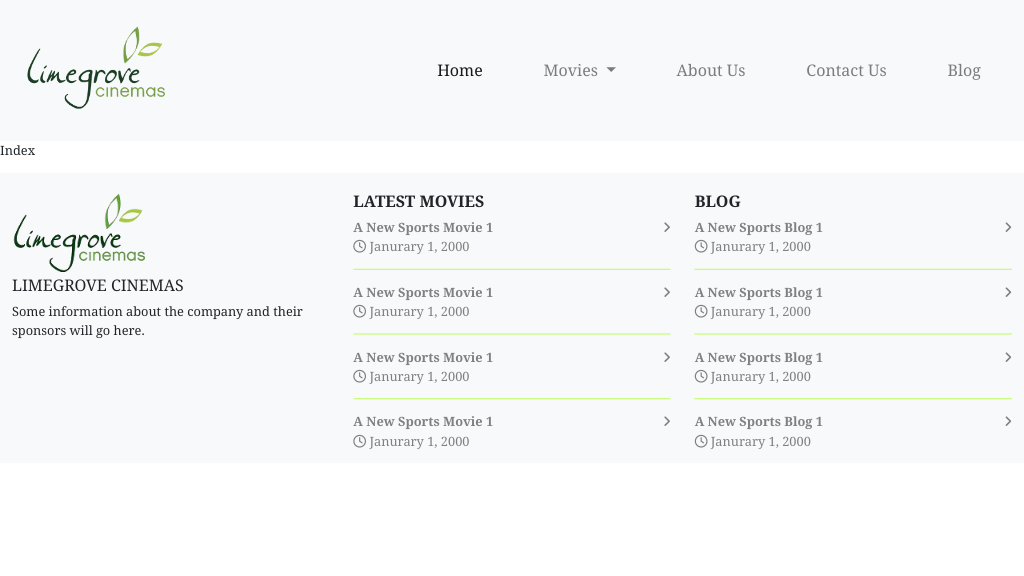
Repository: SimplyZacc/movie-web-template
Page: http://localhost/
These files come from the project's save history. The page is drawn as it stood at one moment and after the next save; the edit follows.
The browser window is 1280 px wide. The pictures show the whole page, at 80% of full size.
Some web libraries are served in a nearby version. The page is run by PHP 8.4 with error messages shown; the project is at /var/www/html/.

Above is the page before, as saved 2020-04-02 08:44:01.

### index.php
<?php
//set page vars
$title = "Index";
//include page header
include "templates/header.php";
?>

<p class="">Index</p>

<?php include "templates/footer.php"; ?>

### templates/header.php
<?php
session_start();
?>
<!DOCTYPE html>
<html lang="en">

<head>
    <meta charset="UTF-8">
    <meta name="viewport" content="width=device-width, initial-scale=1.0">

    <title>
        <?php
        $default_header = "Limegrove Cinemas";
        if (isset($title)) {
            echo "Limegrove Cinemas - " . $title;
        } else {
            echo $default_header;
        }
        ?>
    </title>

    <!-- CSS -->
    <link rel="stylesheet" href="https://stackpath.bootstrapcdn.com/bootstrap/4.4.1/css/bootstrap.min.css" integrity="sha384-Vkoo8x4CGsO3+Hhxv8T/Q5PaXtkKtu6ug5TOeNV6gBiFeWPGFN9MuhOf23Q9Ifjh" crossorigin="anonymous">
    <link rel="stylesheet" href="assets/css/styles.css">
    <link rel="stylesheet" href="movie-web-template/assets/css/styles.css">

    <!-- JavaScript -->
    <script src="https://code.jquery.com/jquery-3.4.1.slim.min.js" integrity="sha384-J6qa4849blE2+poT4WnyKhv5vZF5SrPo0iEjwBvKU7imGFAV0wwj1yYfoRSJoZ+n" crossorigin="anonymous"></script>
    <script src="https://cdn.jsdelivr.net/npm/popper.js@1.16.0/dist/umd/popper.min.js" integrity="sha384-Q6E9RHvbIyZFJoft+2mJbHaEWldlvI9IOYy5n3zV9zzTtmI3UksdQRVvoxMfooAo" crossorigin="anonymous"></script>
    <script src="https://stackpath.bootstrapcdn.com/bootstrap/4.4.1/js/bootstrap.min.js" integrity="sha384-wfSDF2E50Y2D1uUdj0O3uMBJnjuUD4Ih7YwaYd1iqfktj0Uod8GCExl3Og8ifwB6" crossorigin="anonymous"></script>
    <script src="https://kit.fontawesome.com/e9662c41f5.js" crossorigin="anonymous"></script>


</head>

<body>

    <nav class="navbar navbar-expand-lg navbar-light bg-light">
        <button class="navbar-toggler" type="button" data-toggle="collapse" data-target="#navbarSupportedContent" aria-controls="navbarSupportedContent" aria-expanded="false" aria-label="Toggle navigation">
            <i class="fas fa-bars"></i>
        </button>

        <div class="collapse navbar-collapse" id="navbarSupportedContent">
            <ul class="navbar-nav mr-auto">
                <a class="navbar-brand" href="index.php"><img src="assets/images/lgcgreenlogo.png" alt="Cinema Logo" style="width: auto;height: 150px"></a>

            </ul>

            <ul class="navbar-nav navbar-right">

                <li class="nav-item active p-r-10">
                    <a class="nav-link" href="index.php">Home <span class="sr-only">(current)</span></a>
                </li>
                <li class="nav-item dropdown p-r-10">
                    <a class="nav-link dropdown-toggle" href="movie.php" id="navbarDropdown" role="button" data-toggle="dropdown" aria-haspopup="true" aria-expanded="false">
                        Movies
                    </a>
                    <div class="dropdown-menu" aria-labelledby="navbarDropdown">
                        <a class="dropdown-item" href="movie.php">Popular</a>
                        <a class="dropdown-item disabled" href="#">Recently Added</a>
                        <a class="dropdown-item disabled" href="#">Soon Added</a>
                    </div>
                </li>

                <li class="nav-item ">
                    <a class="nav-link" href="aboutus.php">About Us</a>
                </li>

                <li class="nav-item p-r-10">
                    <a class="nav-link" href="contactus.php">Contact Us</a>
                </li>

                <li class="nav-item p-r-10">
                    <a class="nav-link" href="blog.php">Blog</a>
                </li>
            </ul>

        </div>
    </nav>

### templates/footer.php
<footer class="page-footer font-small pt-4 bg-light">

    <div class="container-fluid text-center text-md-left">

        <div class="row">

            <div class="col-md-4 mt-md-0 mt-3">

                <img src="assets/images/lg-nbg.png" alt="">
                <h5 class="text-uppercase">Limegrove Cinemas</h5>
                <p style="height: 100px">Some information about the company and their sponsors will go here.</p>

            </div>

            <hr class="clearfix w-100 d-md-none pb-3">

            <div class="col-md-4 mb-md-0 mb-3">

                <h5 class="text-uppercase bold">Latest Movies</h5>

                <ul class="list-unstyled grey">
                    <li>
                        <a href="#" class="footer-link">A New Sports Movie 1 <span style="float: right"><i class="fas fa-angle-right"></i></span></a>
                        <br>
                        <p><i class="far fa-clock"></i> Janurary 1, 2000</p>
                    </li>
                    <hr style="border-color: greenyellow;">
                    <li>
                        <a href="#" class="footer-link">A New Sports Movie 1 <span style="float: right"><i class="fas fa-angle-right"></i></span></a>
                        <br>
                        <p><i class="far fa-clock"></i> Janurary 1, 2000</p>
                    </li>
                    <hr style="border-color: greenyellow;">
                    <li>
                        <a href="#" class="footer-link">A New Sports Movie 1 <span style="float: right"><i class="fas fa-angle-right"></i></span></a>
                        <br>
                        <p><i class="far fa-clock"></i> Janurary 1, 2000</p>
                    </li>
                    <hr style="border-color: greenyellow;">
                    <li>
                        <a href="#" class="footer-link">A New Sports Movie 1 <span style="float: right"><i class="fas fa-angle-right"></i></span></a>
                        <br>
                        <p><i class="far fa-clock"></i> Janurary 1, 2000</p>
                    </li>
                </ul>

            </div>

            <hr class="clearfix w-100 d-md-none pb-3">

            <div class="col-md-4 mb-md-0 mb-3">

                <h5 class="text-uppercase bold">Blog</h5>

                <ul class="list-unstyled grey">
                    <li>
                        <a href="#" class="footer-link">A New Sports Blog 1 <span style="float: right"><i class="fas fa-angle-right"></i></span></a>
                        <br>
                        <p><i class="far fa-clock"></i> Janurary 1, 2000</p>
                    </li>
                    <hr style="border-color: greenyellow;">
                    <li>
                        <a href="#" class="footer-link">A New Sports Blog 1 <span style="float: right"><i class="fas fa-angle-right"></i></span></a>
                        <br>
                        <p><i class="far fa-clock"></i> Janurary 1, 2000</p>
                    </li>
                    <hr style="border-color: greenyellow;">
                    <li>
                        <a href="#" class="footer-link">A New Sports Blog 1 <span style="float: right"><i class="fas fa-angle-right"></i></span></a>
                        <br>
                        <p><i class="far fa-clock"></i> Janurary 1, 2000</p>
                    </li>
                    <hr style="border-color: greenyellow;">
                    <li>
                        <a href="#" class="footer-link">A New Sports Blog 1 <span style="float: right"><i class="fas fa-angle-right"></i></span></a>
                        <br>
                        <p><i class="far fa-clock"></i> Janurary 1, 2000</p>
                    </li>
                </ul>

            </div>

        </div>

    </div>

</footer>

</body>
</html>

### assets/css/styles.css
* {
    font-family: Cambria, Cochin, Georgia, Times, 'Times New Roman', serif;
}

.dropdown:hover>.dropdown-menu {
    display: block;
}

.bold {
    font-weight: bold;
}

.center {
    text-align: center;
}

.hr {
    border-color: whitesmoke;
}

.grey {
    color: grey;
}

.margin-t-20 {
    margin-top: 20px;
}

.margin-b-20 {
    margin-bottom: 20px;
}

.footer-link {
    font-weight: bold;
    text-decoration: none;
    color: grey;
}

.footer-link:hover {
    text-decoration: none;
    color: #13df13;
    transition-duration: 0.5s;
}

.navbar-nav>li {
    padding-left: 30px;
    padding-right: 30px;
    font-size: 20px;
}

/****************************************** Contact Us Page ******************************************/

.contact-head {
    height: 300px;
    width: 100%;
    background-image: url('/assets/images/lgcgreenlogo.png');
    background-position-x: center;
    background-repeat: no-repeat;
    background-size: contain;
}

.contact-head-body {
    font-weight: bold;
    font-size: 17px;
    color: green;
    width: 30%;
    padding-left: 50px;
    padding-top: 100px;
}

.contact-body {
    height: 700px;
    background-color: rgb(241, 241, 241);
}

.contact-body-sub {
    width: 90%;
    margin-left: auto;
    margin-right: auto;
}

.contact-right {
    float: right;
    width: 35%;
}

.contact-left {
    float: left;
    width: 65%;
}

.contact-card {
    margin-top: 30px;
}

.contact-form-info {
    margin-top: 30px;
    background-color: white;
    width: 80%;
}


.contact-form-info2 {
    padding-left: 30px;
}

.contact-form-text {
    padding-top: 10px;
}

.contact-form-button {
    margin-top: 20px;
    margin-bottom: 30px;
}

.contact-form-input {
    width: 80%;
    border: none;
    outline: none;
    border-bottom: 2px solid grey;
    background-color: transparent;
    cursor: default;
}

.contact-form-input:hover {
    border-bottom: 2px solid #13df13;
    transition-duration: 0.5s;
}

.contact-form-textbox {
    width: 80%;
    height: 200px;
    border: none;
    outline: none;
    border-bottom: 2px solid grey;
    background-color: transparent;
    cursor: default;
}

.contact-form-textbox:hover {
    border-bottom: 2px solid #13df13;
    transition-duration: 0.5s;
}


/****************************************** About Us Page ******************************************/

.about-body-inside {
    width: 80%;
    margin-left: auto;
    margin-right: auto;
}


/****************************************** Blog Page ******************************************/

.poster {
    border-radius: 50px;
    background-color: rgb(216, 216, 216);
    height: auto;
    width: 100%;
}

.poster-img {
    border-radius: 50px;
    margin-top: 10px;
    margin-bottom: 10px;
    width: 90% !important;
    height: 200px;
}

.blog-title {
    color: rgb(77, 75, 75);
    font-weight: bold;
    font-family: Arial, Helvetica, sans-serif;
    font-size: 22px;
}

.poster-txt {
    margin-left: 10px;
    margin-right: 10px;
}

.blog-info {
    font-size: 20px;
}

.blog-text {
    margin-top: 10px;
    margin-bottom: 10px;
    color: rgb(129, 129, 129);
    font-family: Arial, Helvetica, sans-serif;
}

.blog-button {
    width: 80%;
    height: 30px;
    margin-top: 10px;
    margin-bottom: 20px;
    border-radius: 50px;
    margin-left: auto;
    margin-right: auto;
    border: none;
    color: black;
}

.blog-button:hover {
    transition-duration: 1s;
    background-color: #13df13;
    color: white;
}

/****************************************** Blog Post Page ******************************************/

.blog-post {
    width: 100%;
    margin-bottom: 20px;
    margin-top: 20px;
}

.blog-post-img {
    width: 90%;
    height: auto;
    margin: auto;
    text-align: center;
}

.blog-post-header {
    width: 90%;
    text-align: center;
    margin: auto;
    font-weight: bolder;
    color: rgb(77, 75, 75);
    font-family: Arial, Helvetica, sans-serif;
}

.blog-post-info {
    text-align: center;
    width: 90%;
    margin: auto;
    color: rgb(129, 129, 129);
    font-family: Arial, Helvetica, sans-serif;
}

.blog-button2 {
    width: 80%;
    height: 30px;
    margin-top: 10px;
    margin-bottom: 20px;
    border-radius: 50px;
    border: none;
    color: black;
}

.blog-button2:hover {
    transition-duration: 1s;
    background-color: #13df13;
    color: white;
}

/****************************************** Movie Pages ******************************************/

.movie-border{
    width: 100%;
    margin-bottom: 20px;
    height: 300px;
}

.movie-info-bottom{
    position: relative;
    bottom: 0;
    width: 100%;
    height: 50px;
}

### home.css
* {
  box-sizing: border-box;
}

/* Position the image container (needed to position the left and right arrows) */
.container {
   display: block;
  margin-left: auto;
  margin-right: auto;
  width: 30%
}

/* Hide the images by default */
.mySlides {
  display: none;

}

/* Add a pointer when hovering over the thumbnail images */
.cursor {
  cursor: pointer;
}

/* Next & previous buttons */
.prev,
.next {
  cursor: pointer;
  position: absolute;
  top: 40%;
  width: auto;
  padding: 16px;
  margin-top: -50px;
  color: white;
  font-weight: bold;
  font-size: 20px;

}

/* Position the "next button" to the right */
.next {
  right: 0;
  border-radius: 3px 0 0 3px;
     margin-right:35.15%;
}

/* On hover, add a black background color with a little bit see-through */
.prev:hover,
.next:hover {
  background-color: rgba(0, 0, 0, 0.8);
}

/* Number text (1/3 etc) */
.numbertext {
  color: #f2f2f2;
  font-size: 12px;
  padding: 8px 12px;
  position: absolute;
  top: 0;
}

/* Container for image text */
.caption-container {
  text-align: center;
  background-color: #222;
  padding: 2px 16px;
  color: white;
}

.row:after {
  content: "";
  display: table;
  clear: both;
}

/* Six columns side by side */
.column {
  float: left;
  width: 16.66%;
}

/* Add a transparency effect for thumnbail images */
.demo {
  opacity: 0.6;
}

.active,
.demo:hover {
  opacity: 1;
}
/*-------------------------------------------------------------*/
/*Description*/
/* Three columns side by side */
.column2 {
  float: left;
  width: 33.3%;
  margin-bottom: 16px;
  padding: 0 8px;
}

/* Display the columns below each other instead of side by side on small screens */
@media screen and (max-width: 650px) {
  .column2 {
    width: 100%;
    display: block;
  }
}

/* Add some shadows to create a card effect */
.card {
  box-shadow: 0 4px 8px 0 rgba(0, 0, 0, 0.2);
}

/* Some left and right padding inside the container */
.container2 {
  padding: 0 16px;
}

/* Clear floats */
.container2::after, .row2::after {
  content: "";
  clear: both;
  display: table;
}

.title {
  color: grey;
}

.button2 {
  border: none;
  outline: 0;
  display: inline-block;
  padding: 8px;
  color: white;
  background-color: #000;
  text-align: center;
  cursor: pointer;
  width: 100%;
}

.button2:hover {
  background-color: #555;
}
.card{
    height: 10px;
}

### home.js
var slideIndex = 1;
showSlides(slideIndex);

// Next/previous controls
function plusSlides(n) {
  showSlides(slideIndex += n);
}

// Thumbnail image controls
function currentSlide(n) {
  showSlides(slideIndex = n);
}

function showSlides(n) {
  var i;
  var slides = document.getElementsByClassName("mySlides");
  var dots = document.getElementsByClassName("demo");
  var captionText = document.getElementById("caption");
  if (n > slides.length) {slideIndex = 1}
  if (n < 1) {slideIndex = slides.length}
  for (i = 0; i < slides.length; i++) {
    slides[i].style.display = "none";
  }
  for (i = 0; i < dots.length; i++) {
    dots[i].className = dots[i].className.replace(" active", "");
  }
  slides[slideIndex-1].style.display = "block";
  dots[slideIndex-1].className += " active";
  captionText.innerHTML = dots[slideIndex-1].alt;
}

After the next save:
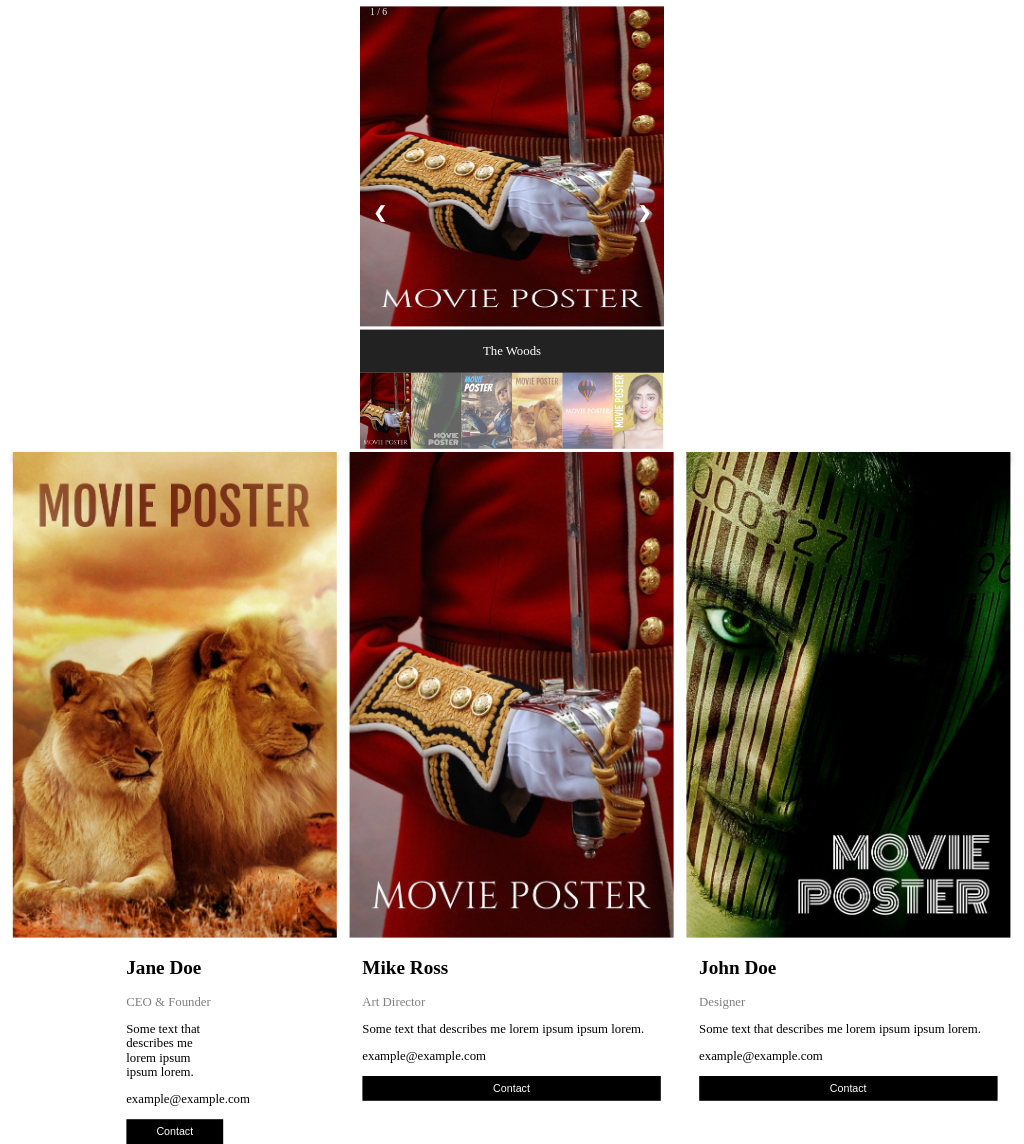
Saved 35 h 14 min later.
--- a/index.php
+++ b/index.php
@@ -1,10 +1,117 @@
-<?php
-//set page vars
-$title = "Index";
-//include page header
-include "templates/header.php";
-?>
+<!DOCTYPE html>
+<head>
+  <link rel="stylesheet" href="home.css" >
 
-<p class="">Index</p>
+</head>
+<html>
+<body>
+  <!-- Container for the image gallery -->
+<div class="container">
 
-<?php include "templates/footer.php"; ?>
+  <!-- Full-width images with number text -->
+  <div class="mySlides">
+    <div class="numbertext">1 / 6</div>
+      <img src="poster11-683x1024.jpg" style="width:100%" height="400px">
+  </div>
+
+  <div class="mySlides">
+    <div class="numbertext">2 / 6</div>
+      <img src="poster16-683x1024.jpg" style="width:100%" height="400px">
+  </div>
+
+  <div class="mySlides">
+    <div class="numbertext">3 / 6</div>
+      <img src="poster17-683x1024.jpg" style="width:100%" height="400px">
+  </div>
+
+  <div class="mySlides">
+    <div class="numbertext">4 / 6</div>
+      <img src="poster19-683x1024.jpg" style="width:100%" height="400px">
+  </div>
+
+  <div class="mySlides">
+    <div class="numbertext">5 / 6</div>
+      <img src="poster20-683x1024.jpg" style="width:100%" height="400px">
+  </div>
+
+  <div class="mySlides">
+    <div class="numbertext">6 / 6</div>
+      <img src="poster23-683x1024.jpg" style="width:100%" height="400px">
+  </div>
+
+  <!-- Next and previous buttons -->
+  <a class="prev" onclick="plusSlides(-1)">&#10094;</a>
+  <a class="next" onclick="plusSlides(1)">&#10095;</a>
+
+  <!-- Image text -->
+  <div class="caption-container">
+    <p id="caption"></p>
+  </div>
+
+  <!-- Thumbnail images -->
+  <div class="row">
+    <div class="column">
+      <img class="demo cursor" src="poster11-683x1024.jpg" style="width:100%" onclick="currentSlide(1)" alt="The Woods">
+    </div>
+    <div class="column">
+      <img class="demo cursor" src="poster16-683x1024.jpg" style="width:100%" onclick="currentSlide(2)" alt="Cinque Terre">
+    </div>
+    <div class="column">
+      <img class="demo cursor" src="poster17-683x1024.jpg" style="width:100%" onclick="currentSlide(3)" alt="Mountains and fjords">
+    </div>
+    <div class="column">
+      <img class="demo cursor" src="poster19-683x1024.jpg" style="width:100%" onclick="currentSlide(4)" alt="Northern Lights">
+    </div>
+    <div class="column">
+      <img class="demo cursor" src="poster20-683x1024.jpg" style="width:100%" onclick="currentSlide(5)" alt="Nature and sunrise">
+    </div>
+    <div class="column">
+      <img class="demo cursor" src="poster23-683x1024.jpg" style="width:100%" onclick="currentSlide(6)" alt="Snowy Mountains">
+    </div>
+  </div>
+    </div>
+
+    <div class="row2">
+  <div class="column2">
+    <div class="card">
+      <img src="poster19-683x1024.jpg" alt="Jane" style="width:100%">
+      <div class="container">
+        <h2>Jane Doe</h2>
+        <p class="title">CEO &amp; Founder</p>
+        <p>Some text that describes me lorem ipsum ipsum lorem.</p>
+        <p>example@example.com</p>
+        <p><button class="button2">Contact</button></p>
+      </div>
+    </div>
+  </div>
+
+  <div class="column2">
+    <div class="card">
+      <img src="poster11-683x1024.jpg" alt="Mike" style="width:100%">
+      <div class="container2">
+        <h2>Mike Ross</h2>
+        <p class="title">Art Director</p>
+        <p>Some text that describes me lorem ipsum ipsum lorem.</p>
+        <p>example@example.com</p>
+        <p><button class="button2">Contact</button></p>
+      </div>
+    </div>
+  </div>
+
+  <div class="column2">
+    <div class="card">
+      <img src="poster16-683x1024.jpg" alt="John" style="width:100%">
+      <div class="container2">
+        <h2>John Doe</h2>
+        <p class="title">Designer</p>
+        <p>Some text that describes me lorem ipsum ipsum lorem.</p>
+        <p>example@example.com</p>
+        <p><button class="button2">Contact</button></p>
+      </div>
+    </div>
+  </div>
+</div>
+
+<script  src="home.js"></script>
+</body>
+</html>

After the save that followed:
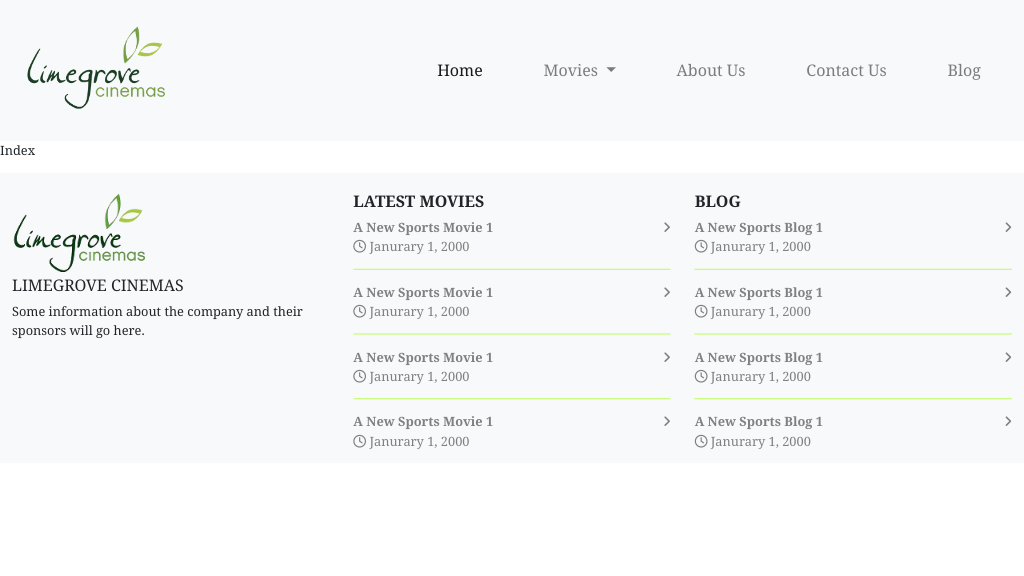
Saved 2 min 7 s later.
--- a/index.php
+++ b/index.php
@@ -1,117 +1,10 @@
-<!DOCTYPE html>
-<head>
-  <link rel="stylesheet" href="home.css" >
+<?php
+//set page vars
+$title = "Index";
+//include page header
+include "templates/header.php";
+?>
 
-</head>
-<html>
-<body>
-  <!-- Container for the image gallery -->
-<div class="container">
+<p class="">Index</p>
 
-  <!-- Full-width images with number text -->
-  <div class="mySlides">
-    <div class="numbertext">1 / 6</div>
-      <img src="poster11-683x1024.jpg" style="width:100%" height="400px">
-  </div>
-
-  <div class="mySlides">
-    <div class="numbertext">2 / 6</div>
-      <img src="poster16-683x1024.jpg" style="width:100%" height="400px">
-  </div>
-
-  <div class="mySlides">
-    <div class="numbertext">3 / 6</div>
-      <img src="poster17-683x1024.jpg" style="width:100%" height="400px">
-  </div>
-
-  <div class="mySlides">
-    <div class="numbertext">4 / 6</div>
-      <img src="poster19-683x1024.jpg" style="width:100%" height="400px">
-  </div>
-
-  <div class="mySlides">
-    <div class="numbertext">5 / 6</div>
-      <img src="poster20-683x1024.jpg" style="width:100%" height="400px">
-  </div>
-
-  <div class="mySlides">
-    <div class="numbertext">6 / 6</div>
-      <img src="poster23-683x1024.jpg" style="width:100%" height="400px">
-  </div>
-
-  <!-- Next and previous buttons -->
-  <a class="prev" onclick="plusSlides(-1)">&#10094;</a>
-  <a class="next" onclick="plusSlides(1)">&#10095;</a>
-
-  <!-- Image text -->
-  <div class="caption-container">
-    <p id="caption"></p>
-  </div>
-
-  <!-- Thumbnail images -->
-  <div class="row">
-    <div class="column">
-      <img class="demo cursor" src="poster11-683x1024.jpg" style="width:100%" onclick="currentSlide(1)" alt="The Woods">
-    </div>
-    <div class="column">
-      <img class="demo cursor" src="poster16-683x1024.jpg" style="width:100%" onclick="currentSlide(2)" alt="Cinque Terre">
-    </div>
-    <div class="column">
-      <img class="demo cursor" src="poster17-683x1024.jpg" style="width:100%" onclick="currentSlide(3)" alt="Mountains and fjords">
-    </div>
-    <div class="column">
-      <img class="demo cursor" src="poster19-683x1024.jpg" style="width:100%" onclick="currentSlide(4)" alt="Northern Lights">
-    </div>
-    <div class="column">
-      <img class="demo cursor" src="poster20-683x1024.jpg" style="width:100%" onclick="currentSlide(5)" alt="Nature and sunrise">
-    </div>
-    <div class="column">
-      <img class="demo cursor" src="poster23-683x1024.jpg" style="width:100%" onclick="currentSlide(6)" alt="Snowy Mountains">
-    </div>
-  </div>
-    </div>
-
-    <div class="row2">
-  <div class="column2">
-    <div class="card">
-      <img src="poster19-683x1024.jpg" alt="Jane" style="width:100%">
-      <div class="container">
-        <h2>Jane Doe</h2>
-        <p class="title">CEO &amp; Founder</p>
-        <p>Some text that describes me lorem ipsum ipsum lorem.</p>
-        <p>example@example.com</p>
-        <p><button class="button2">Contact</button></p>
-      </div>
-    </div>
-  </div>
-
-  <div class="column2">
-    <div class="card">
-      <img src="poster11-683x1024.jpg" alt="Mike" style="width:100%">
-      <div class="container2">
-        <h2>Mike Ross</h2>
-        <p class="title">Art Director</p>
-        <p>Some text that describes me lorem ipsum ipsum lorem.</p>
-        <p>example@example.com</p>
-        <p><button class="button2">Contact</button></p>
-      </div>
-    </div>
-  </div>
-
-  <div class="column2">
-    <div class="card">
-      <img src="poster16-683x1024.jpg" alt="John" style="width:100%">
-      <div class="container2">
-        <h2>John Doe</h2>
-        <p class="title">Designer</p>
-        <p>Some text that describes me lorem ipsum ipsum lorem.</p>
-        <p>example@example.com</p>
-        <p><button class="button2">Contact</button></p>
-      </div>
-    </div>
-  </div>
-</div>
-
-<script  src="home.js"></script>
-</body>
-</html>
+<?php include "templates/footer.php"; ?>
